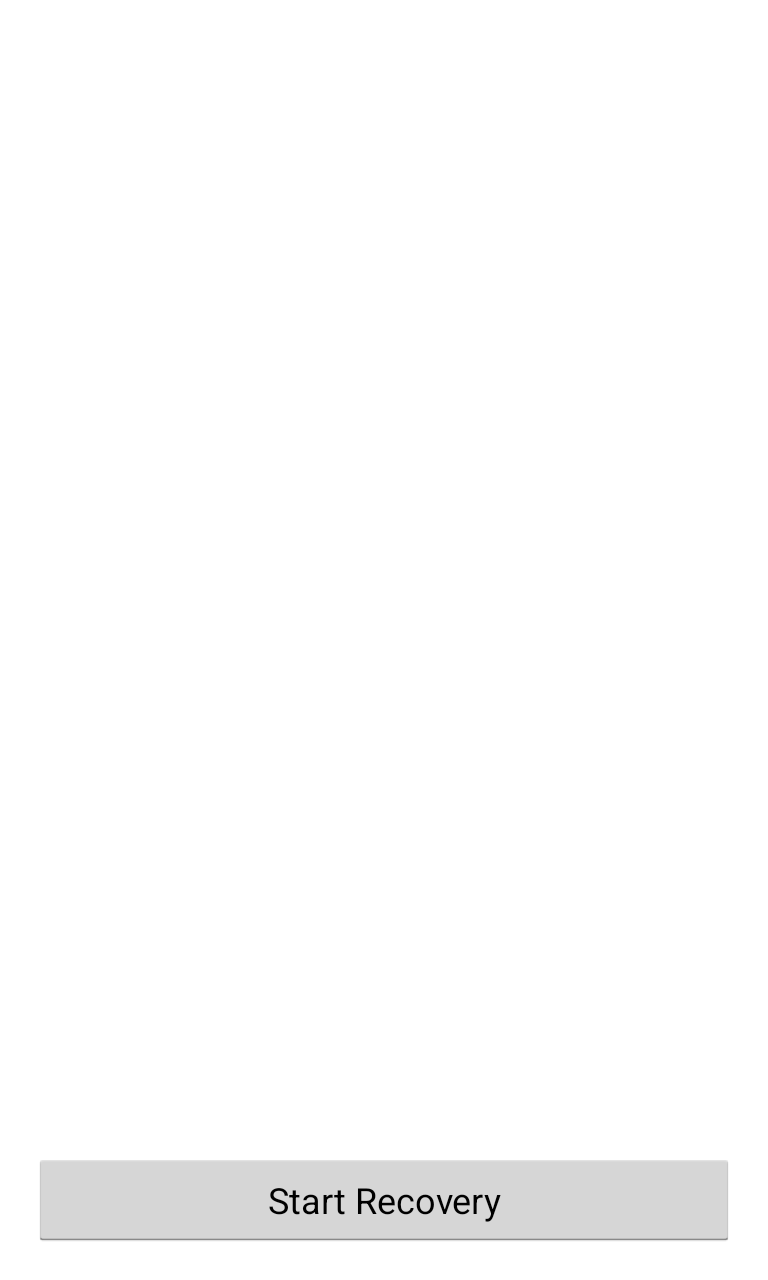
Repository: zzttt/LVM_BackupSol
Layout: TimeTraveler/res/layout/activity_recv.xml
An editor plug-in stored every save of this project. The layout is shown before and after the next save, followed by the edit.
It is drawn on a 768 x 1280 px phone screen (xhdpi) without system bars, with theme AppTheme; the app's code is not run. Lists and similar views that code fills are empty.

Above is the layout before, as saved 2014-07-20 06:58:15.

After the next save:
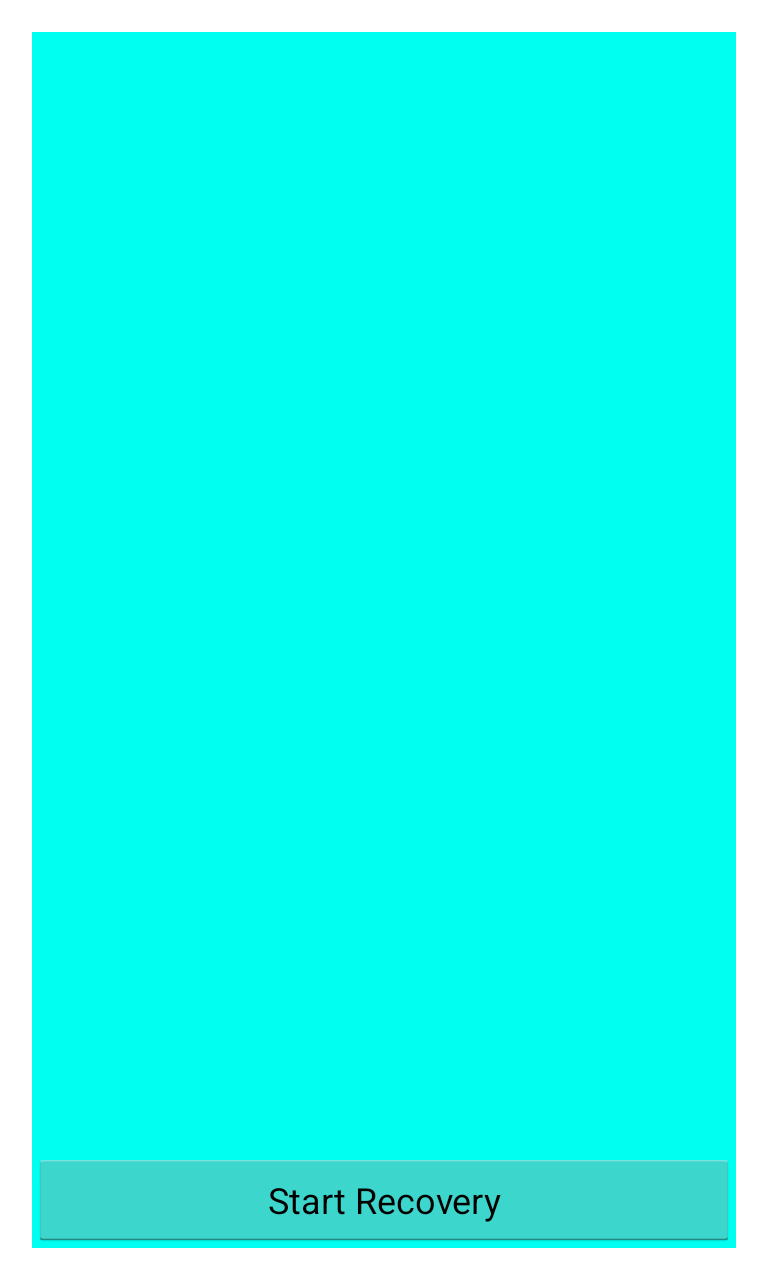
Saved 8 s later.
--- a/TimeTraveler/res/layout/activity_recv.xml
+++ b/TimeTraveler/res/layout/activity_recv.xml
@@ -15,7 +15,8 @@
     <ListView
         android:id="@+id/recvList"
         android:layout_width="match_parent"
-        android:layout_height="wrap_parent"
+        android:layout_height="match_parent"
+        android:background="#00fff0"
          >
     </ListView>
 
